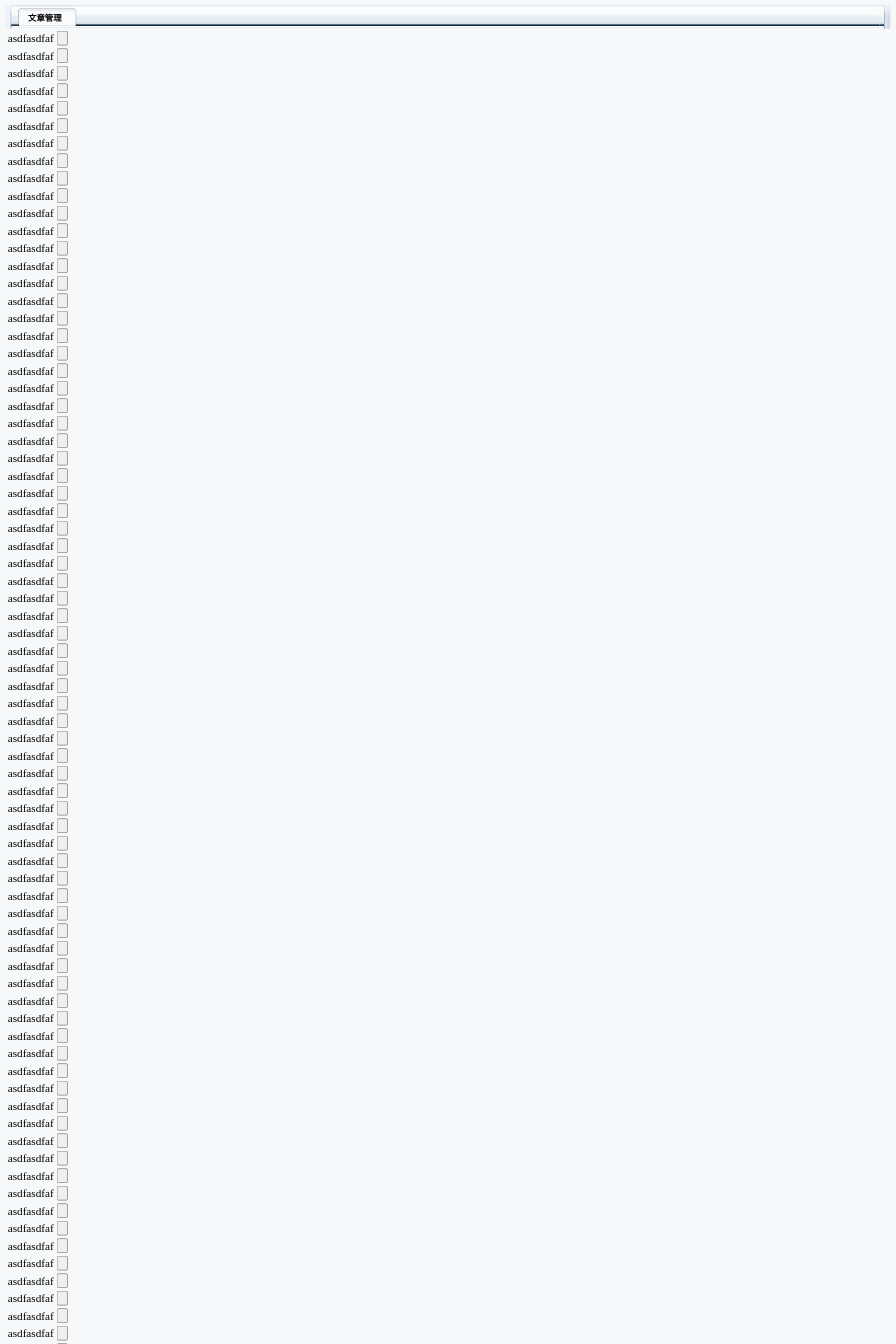
Repository: wzhcxw/shop
Page: ShopOnline/WebContent/admin/newslist.html
These files come from the project's save history. The page is drawn as it stood at one moment and after the next save; the edit follows.
The browser window is 1280 px wide. The pictures show the part of the page from y = 0 to 1920 px (the page is 2572 px tall), at 70% of full size.

Above is the page before, as saved 2014-09-23 17:54:47.

### ShopOnline/WebContent/admin/newslist.html
<!DOCTYPE html>
<!--
Copyright (c) 2003-2014, CKSource - Frederico Knabben. All rights reserved.
For licensing, see LICENSE.md or http://ckeditor.com/license
-->

<html>
<link href="../admin/images/skin.css" rel="stylesheet" type="text/css" />
<head>
<style  type="text/css">
	list{
                width:500px;
                height:150px;
                border:6px solid red;
	}

</style>
	<meta charset="utf-8">
	<script>

	function addrow(){
		alert("adddd");
		for(var i = 0 ; i < 100 ; i++)
		{
			var newTr = listtable.insertRow();
	        //添加两列
	        var newTd0 = newTr.insertCell();
	        var newTd1 = newTr.insertCell();

	        //设置列内容和属性
	        newTd1.innerHTML = '<input type=button width="50" id="box4">';
	        newTd0.innerHTML = '<div>asdfasdfaf</div>';
		}

	}




	</script>

</head>

<body bgcolor="#F7F8F9" id= mainbody onload ="addrow()" >

<table width="100%" border="0" cellpadding="0" cellspacing="0">
  <tr>
    <td width="17" valign="top" background="../admin/images/mail_leftbg.gif"><img src="../admin/images/left-top-right.gif" width="17" height="29" /></td>
    <td valign="top" background="../admin/images/content-bg.gif"><table width="100%" height="31" border="0" cellpadding="0" cellspacing="0" class="left_topbg" id="table2">
      <tr>
        <td height="31"><div class="titlebt">文章管理</div></td>
      </tr>
    </table></td>
    <td width="16" valign="top" background="../admin/images/mail_rightbg.gif"><img src="../admin/images/nav-right-bg.gif" width="16" height="29" /></td>
</table>

<table id = "listtable" class="list" >



</table>


<input type=button width="50" onclick="addrow()"  id="addbutton">
</body>

</html>

Loaded but not shown: ShopOnline/WebContent/admin/images/skin.css (common file)

After the next save:
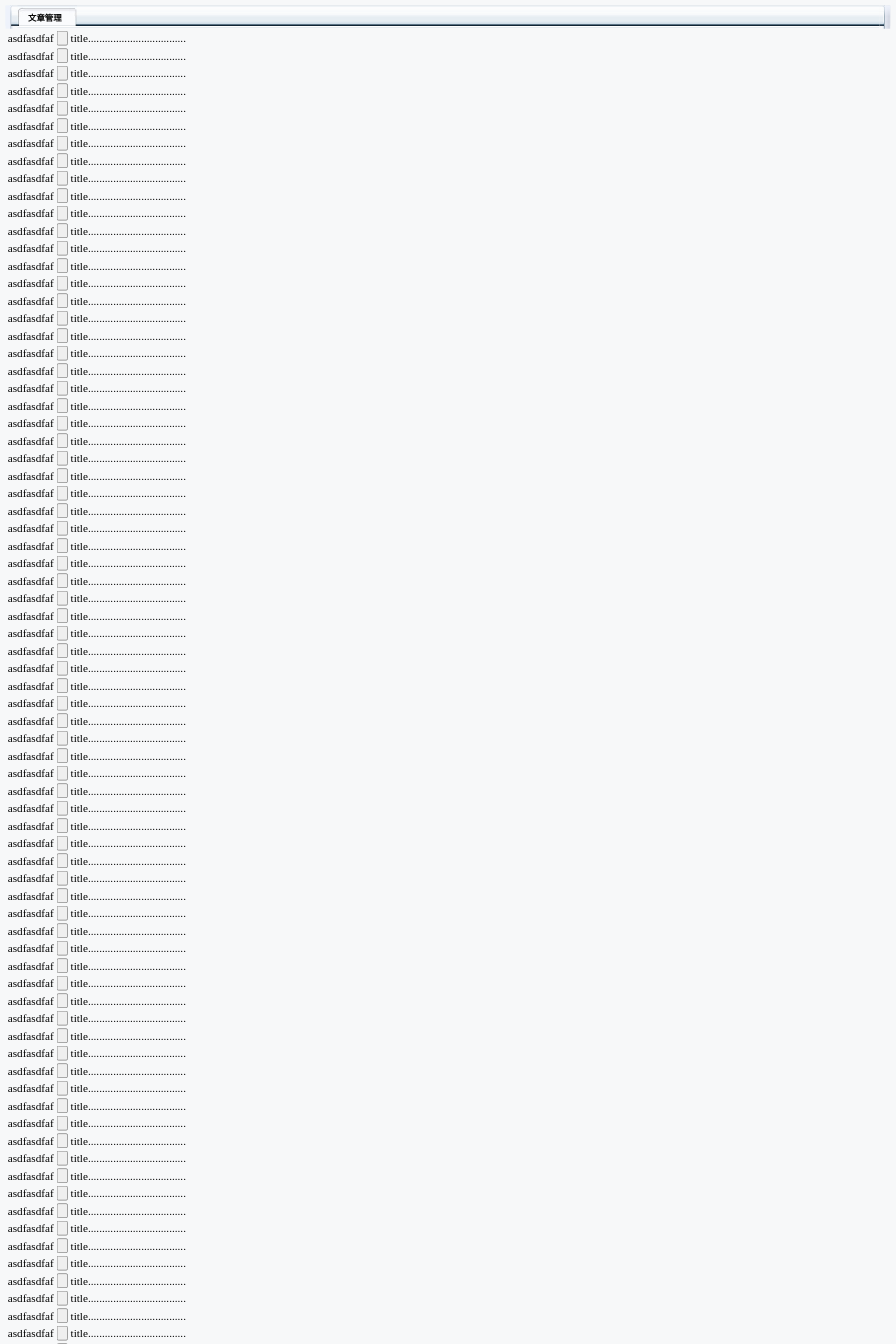
Saved 105 s later.
--- a/ShopOnline/WebContent/admin/newslist.html
+++ b/ShopOnline/WebContent/admin/newslist.html
@@ -26,10 +26,13 @@ For licensing, see LICENSE.md or http://ckeditor.com/license
 	        //添加两列
 	        var newTd0 = newTr.insertCell();
 	        var newTd1 = newTr.insertCell();
+	        var newTd2 = newTr.insertCell();
+	        var newTd3 = newTr.insertCell();
 
 	        //设置列内容和属性
 	        newTd1.innerHTML = '<input type=button width="50" id="box4">';
 	        newTd0.innerHTML = '<div>asdfasdfaf</div>';
+	        newTd2.innerHTML = '<div>title...................................';
 		}
 
 	}
